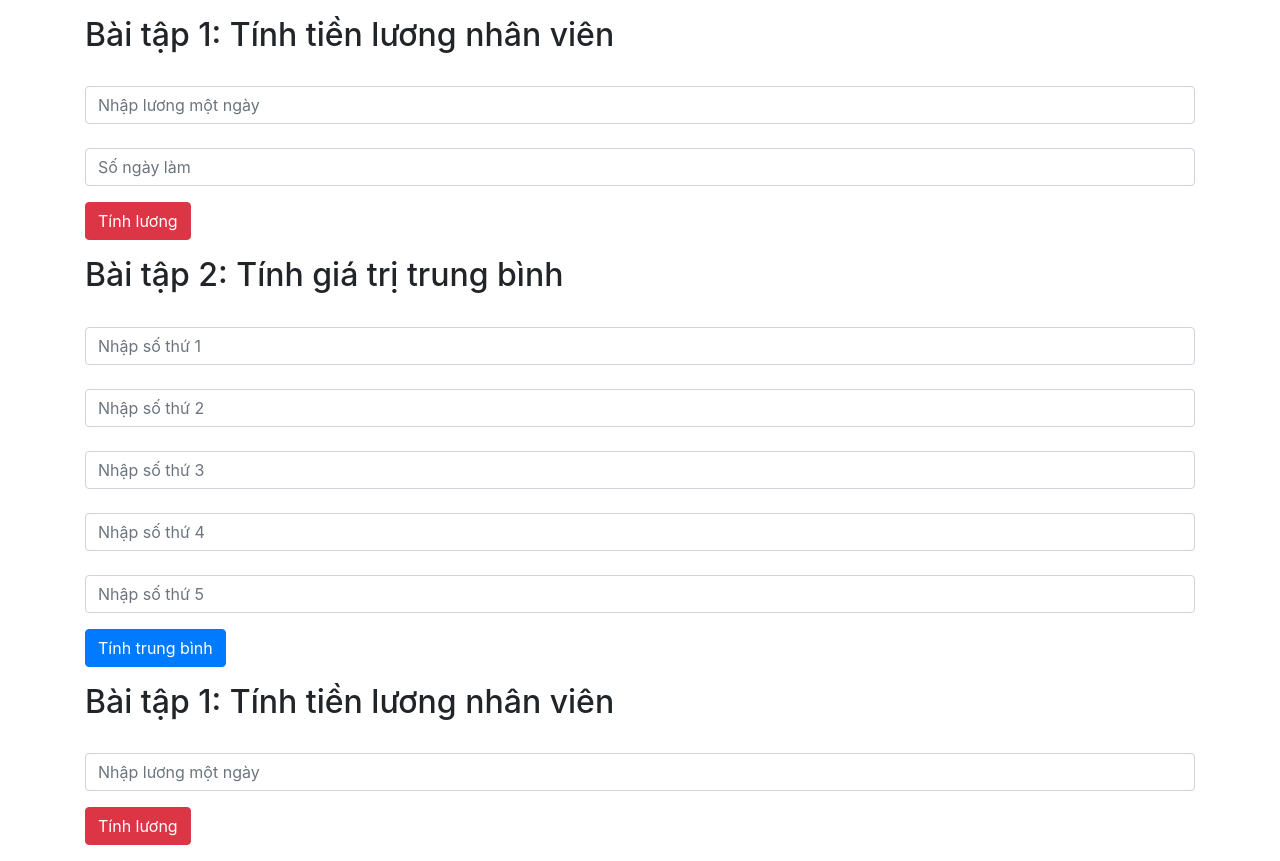
Repository: thanhfrankie/BC10-LeMinhThanh-Js-b2-3
Page: index.html
The author's editor kept a copy of each file at every save. The page is drawn from the files as they stood at one save, then again after the next save.
The browser window is 1280 px wide. The pictures show the whole page.

Above is the page before, as saved 2023-12-15 15:41:18.

### index.html
<!DOCTYPE html>
<html lang="en">
  <head>
    <title>Title</title>
    <!-- Required meta tags -->
    <meta charset="utf-8" />
    <meta
      name="viewport"
      content="width=device-width, initial-scale=1, shrink-to-fit=no"
    />

    <!-- Bootstrap CSS -->
    <link
      rel="stylesheet"
      href="https://stackpath.bootstrapcdn.com/bootstrap/4.3.1/css/bootstrap.min.css"
      integrity="sha384-ggOyR0iXCbMQv3Xipma34MD+dH/1fQ784/j6cY/iJTQUOhcWr7x9JvoRxT2MZw1T"
      crossorigin="anonymous"
    />
  </head>
  <body>
    <!-- Bài tập 1 -->
    <div class="container">
      <h2 class="mt-3">Bài tập 1: Tính tiền lương nhân viên</h2>
      <div class="form-group">
        <label for="luong-mot-ngay"></label>
        <input
          type="number"
          class="form-control"
          name=""
          id="luong-mot-ngay"
          aria-describedby="helpId"
          placeholder="Nhập lương một ngày"
          required
        />
        <label for="so-ngay-lam"></label>
        <input
          type="number"
          class="form-control"
          name=""
          id="so-ngay-lam"
          aria-describedby="helpId"
          placeholder="Số ngày làm"
          required
        />
        <button type="button" onclick="tinhLuong()" class="btn btn-danger mt-3">
          Tính lương
        </button>
      </div>
      <h2 id="luong-nhan-duoc"></h2>
    </div>
    <!-- Bài tập 2 -->
    <div class="container">
      <div class="form-group">
        <h2>Bài tập 2: Tính giá trị trung bình</h2>
        <label for="so-thu-1"></label>
        <input
          type="number"
          class="form-control"
          name=""
          id="so-thu-1"
          aria-describedby="helpId"
          placeholder="Nhập số thứ 1"
          required
        />
        <label for="so-thu-2"></label>
        <input
          type="number"
          class="form-control"
          name=""
          id="so-thu-2"
          aria-describedby="helpId"
          placeholder="Nhập số thứ 2"
          required
        />
        <label for="so-thu-3"></label>
        <input
          type="number"
          class="form-control"
          name=""
          id="so-thu-3"
          aria-describedby="helpId"
          placeholder="Nhập số thứ 3"
          required
        />
        <label for="so-thu-4"></label>
        <input
          type="number"
          class="form-control"
          name=""
          id="so-thu-4"
          aria-describedby="helpId"
          placeholder="Nhập số thứ 4"
          required
        />
        <label for="so-thu-5"></label>
        <input
          type="number"
          class="form-control"
          name=""
          id="so-thu-5"
          aria-describedby="helpId"
          placeholder="Nhập số thứ 5"
          required
        />
        <button type="button" onclick="tinhTrungBinh()" class="btn btn-primary mt-3">
          Tính trung bình
        </button>
        <h2 id="ket-qua"></h2>
      </div>
    </div>
    <!-- Bài tập 3
     -->

     <div class="container">
      <h2 class="mt-3">Bài tập 1: Tính tiền lương nhân viên</h2>
      <div class="form-group">
        <label for="luong-mot-ngay"></label>
        <input
          type="number"
          class="form-control"
          name=""
          id="luong-mot-ngay"
          aria-describedby="helpId"
          placeholder="Nhập lương một ngày"
          required
        />

        <button type="button" onclick="tinhLuong()" class="btn btn-danger mt-3">
          Tính lương
        </button>
      </div>
      <h2 id="luong-nhan-duoc"></h2>
    </div>
    <!-- Optional JavaScript -->
    <!-- jQuery first, then Popper.js, then Bootstrap JS -->
    <script
      src="https://code.jquery.com/jquery-3.3.1.slim.min.js"
      integrity="sha384-q8i/X+965DzO0rT7abK41JStQIAqVgRVzpbzo5smXKp4YfRvH+8abtTE1Pi6jizo"
      crossorigin="anonymous"
    ></script>
    <script
      src="https://cdnjs.cloudflare.com/ajax/libs/popper.js/1.14.7/umd/popper.min.js"
      integrity="sha384-UO2eT0CpHqdSJQ6hJty5KVphtPhzWj9WO1clHTMGa3JDZwrnQq4sF86dIHNDz0W1"
      crossorigin="anonymous"
    ></script>
    <script
      src="https://stackpath.bootstrapcdn.com/bootstrap/4.3.1/js/bootstrap.min.js"
      integrity="sha384-JjSmVgyd0p3pXB1rRibZUAYoIIy6OrQ6VrjIEaFf/nJGzIxFDsf4x0xIM+B07jRM"
      crossorigin="anonymous"
    ></script>
    <script src="./index.js"></script>
  </body>
</html>

### index.js
// Bài tập 1
/**
 * B1: tạo biến, lấy giá trị từ input
 * B2: Tính lương
 * + tạo biến để tính lương: lương 1 ngày * số ngày làm
 * + gán sự kiện click cho button
 * B3: hiển thị kết quả
 */
function tinhLuong() {
  // B1:
  var luongMotNgay = document.getElementById("luong-mot-ngay").value;
  var soNgayLam = document.getElementById("so-ngay-lam").value;
  // B2, B3:
  var luongNhanDuoc = document.getElementById("luong-nhan-duoc");
  luongNhanDuoc.innerText = luongMotNgay * soNgayLam;
}
// Bài tập 2
/**
 * B1: tạo biến, lấy giá trị từ input
 * B2: Tính giá trị trung bình
 * + tạo biến để tính giá trị trung bình: tổng các giá trị đã nhập / số giá trị đã nhập
 * + gán sự kiện click cho button
 * B3: hiển thị kết quả
 */
function tinhTrungBinh() {
    var soThu1 = document.getElementById("so-thu-1").value  *1
    var soThu2 = document.getElementById("so-thu-2").value  *1
    var soThu3 = document.getElementById("so-thu-3").value *1
    var soThu4 = document.getElementById("so-thu-4").value *1
    var soThu5 = document.getElementById("so-thu-5").value *1

    var trungBinh =   (soThu1 + soThu2 + soThu3 + soThu4 + soThu5) /5
    var ketQua = document.getElementById("ket-qua")
    ketQua.innerText = trungBinh
}

After the next save:
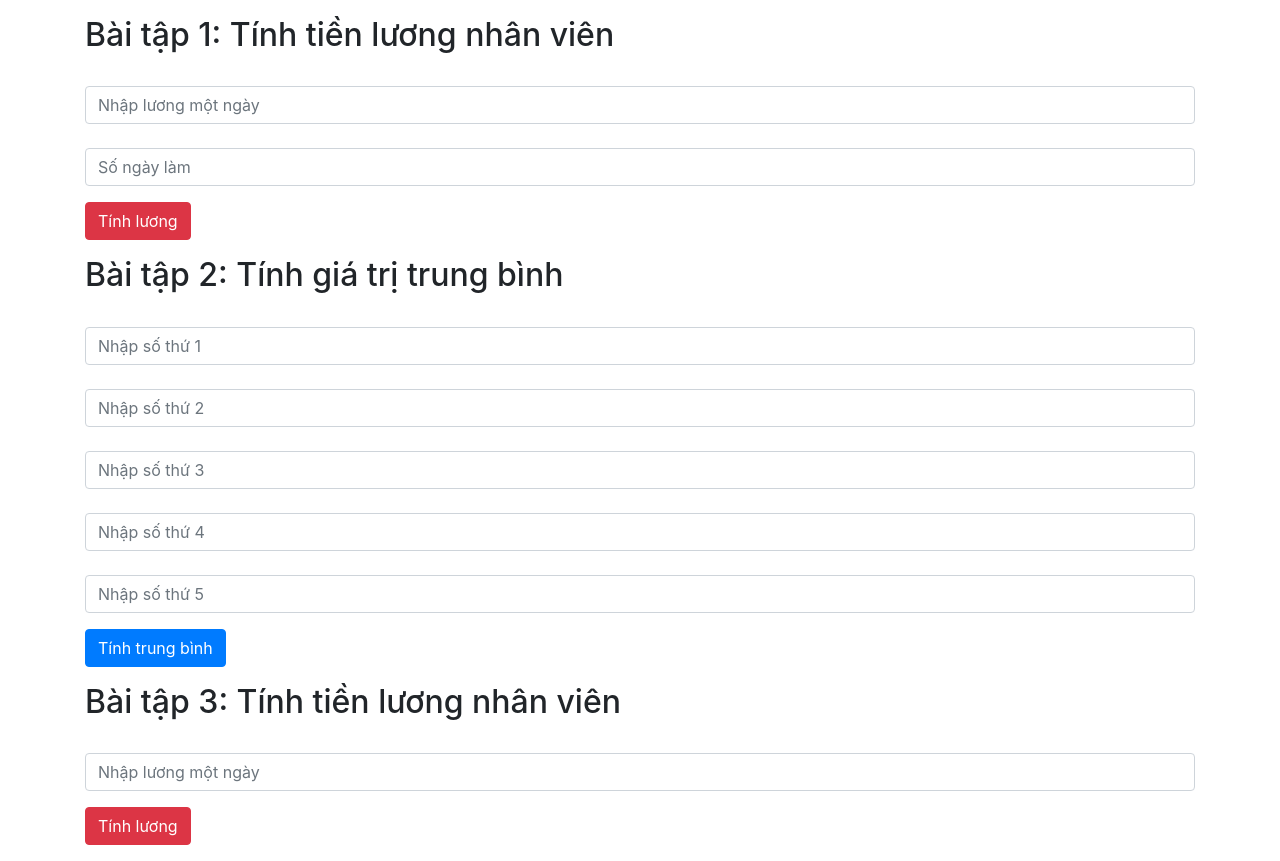
Saved 7 s later.
--- a/index.html
+++ b/index.html
@@ -112,7 +112,7 @@
      -->
 
      <div class="container">
-      <h2 class="mt-3">Bài tập 1: Tính tiền lương nhân viên</h2>
+      <h2 class="mt-3">Bài tập 3: Tính tiền lương nhân viên</h2>
       <div class="form-group">
         <label for="luong-mot-ngay"></label>
         <input
